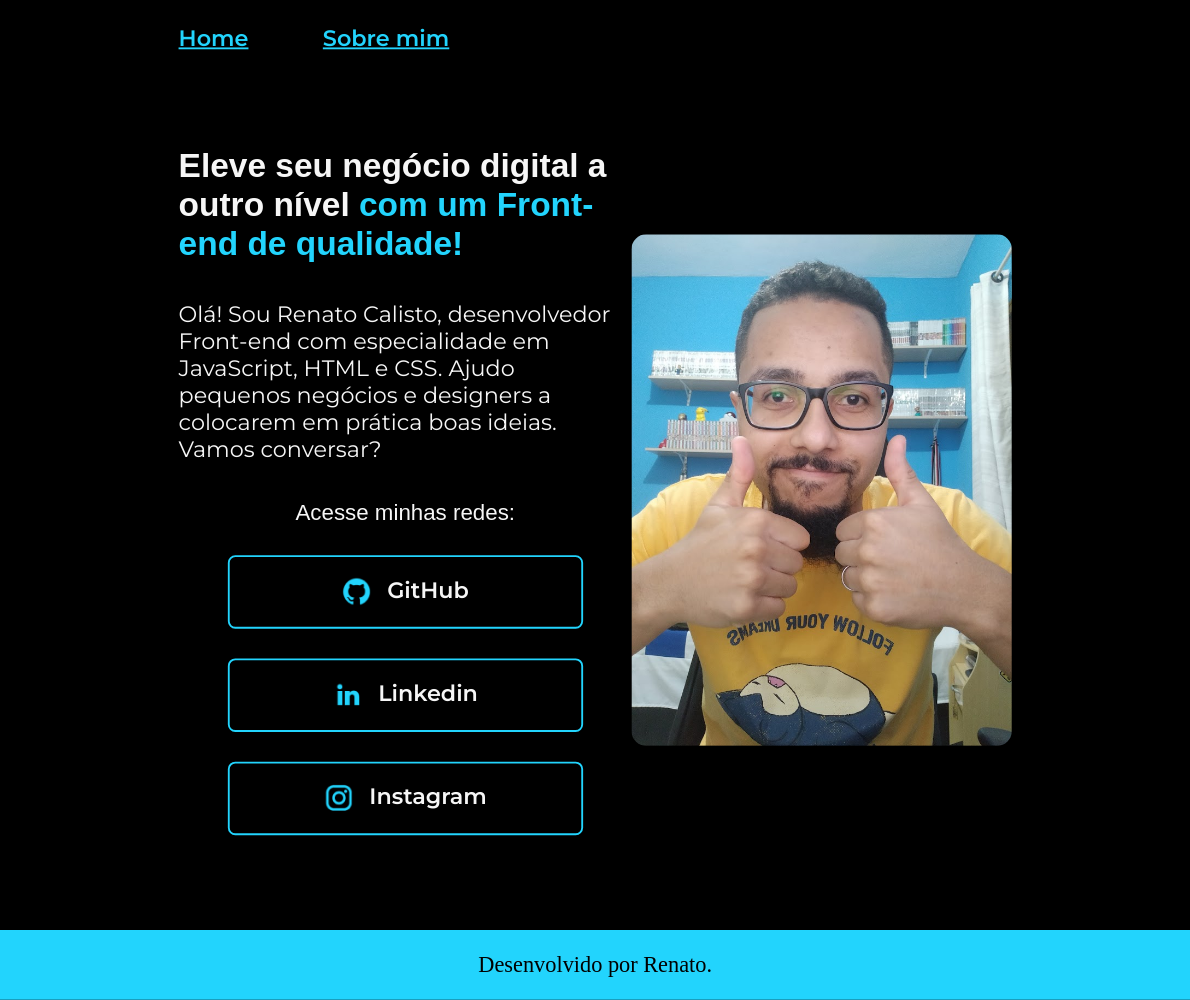
Repository: RenatoCCS/Portfolio_Alura
Page: index.html
These files come from the project's save history. The page is drawn as it stood at one moment and after the next save; the edit follows.
The browser window is 1280 px wide. The pictures show the whole page, at 93% of full size.
Some web fonts or font styles are not loaded; a fallback is used.

Above is the page before, as saved 2023-03-02 17:02:19.

After the next save:
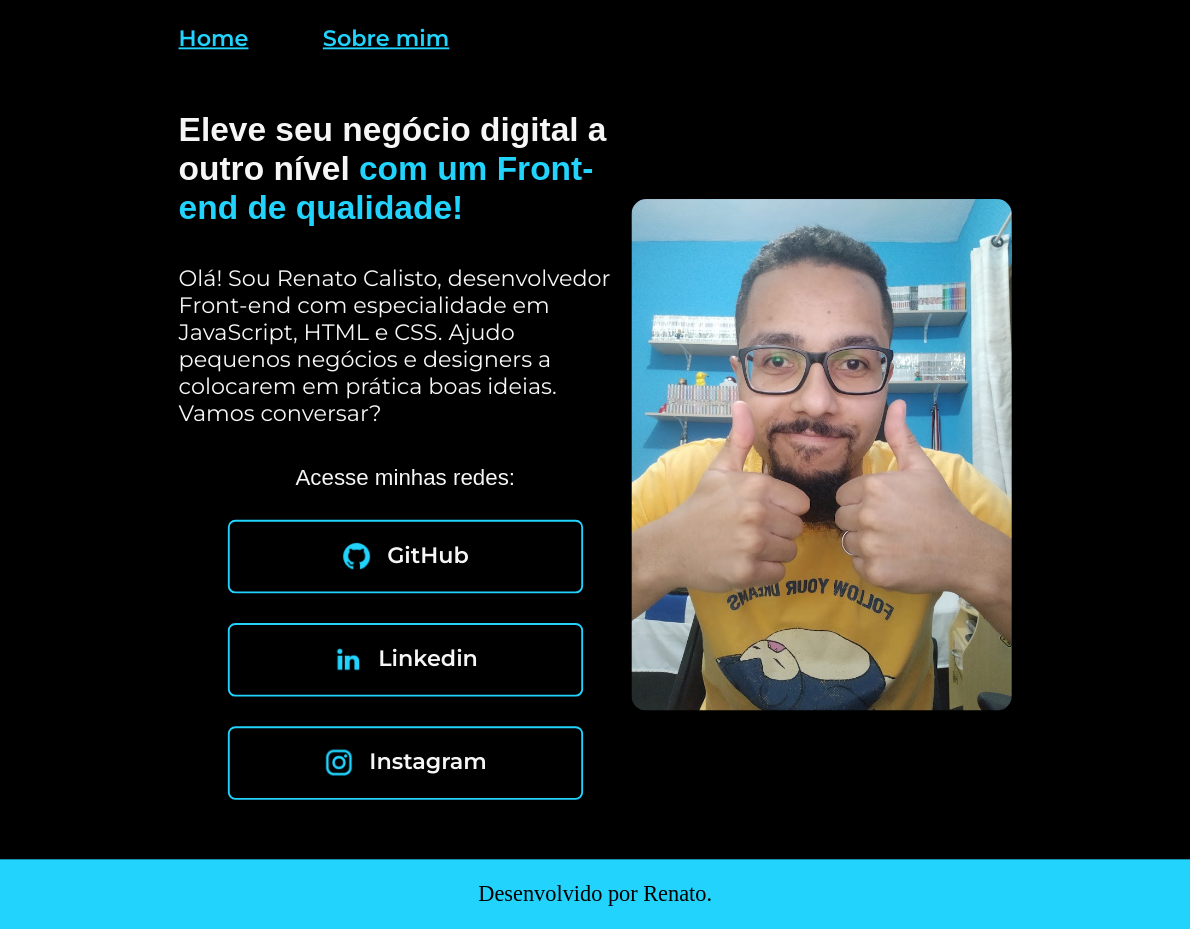
Saved 38 s later.
--- a/style.css
+++ b/style.css
@@ -29,7 +29,7 @@ body {
 }
 
 .apresentacao {
-  padding: 8% 15%;
+  padding: 5% 15%;
   display: flex;
   align-items: center;
   justify-content: space-between;
